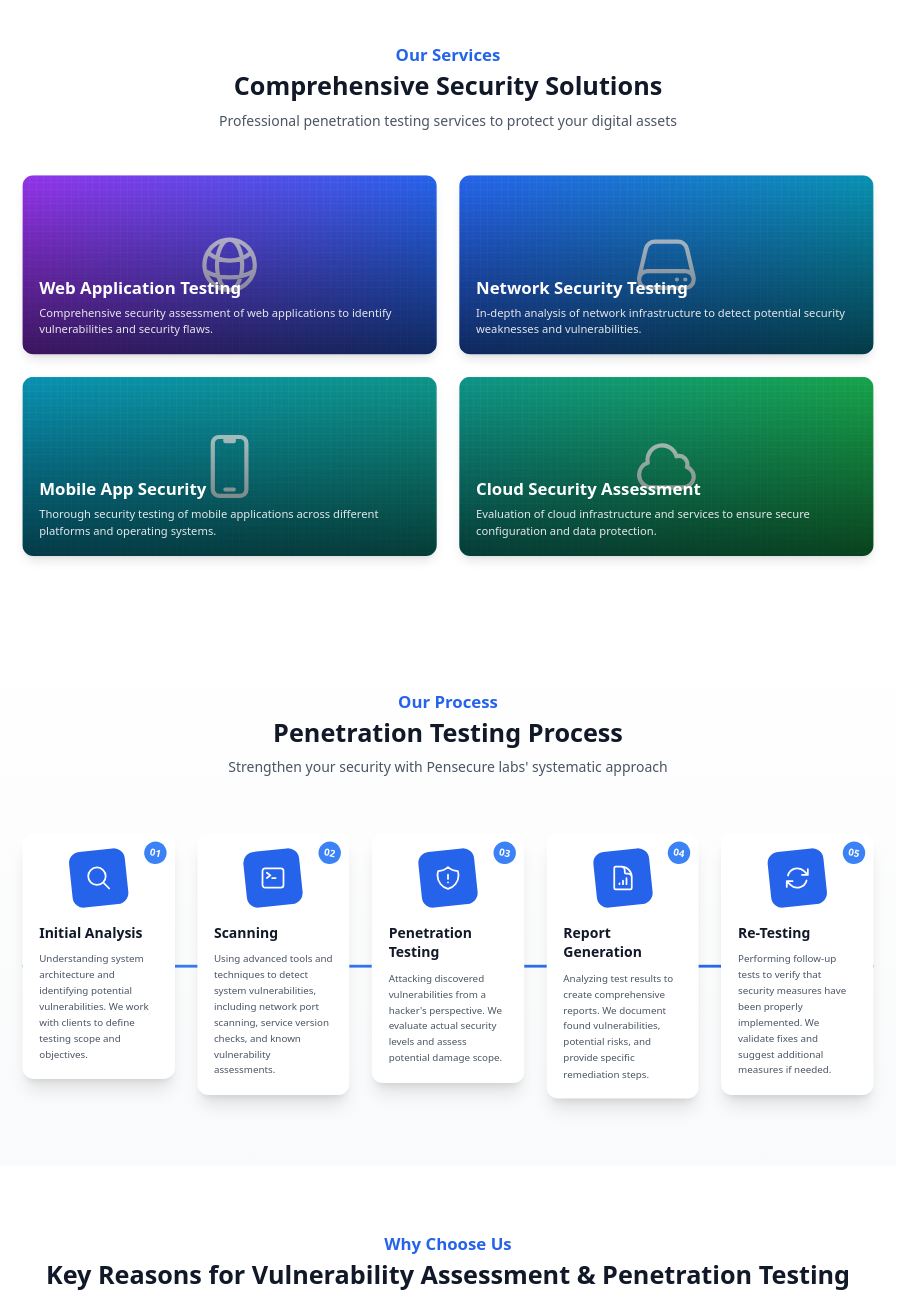
Repository: ZSayless/Penetration-test
Page: /
An editor plug-in stored every save of this project. The page is shown before and after the next save, followed by the edit.
The browser window is 1280 px wide. The page is 1308 px wide, so the pictures cover 1308 px, including what lies to the right of the window. The pictures show the part of the page from y = 776 to 2656 px (the page is 7657 px tall before and 7873 px after), at 70% of full size.
The project was rebuilt for these pictures with package versions that can differ from the ones it lists, and the page was loaded fresh each time. The framework's server and built-in components were replaced by stand-ins that run in the browser. Also part of the build but not shown: next.config.js.

Above is the page before, as saved 2024-12-04 14:42:37.

### src/app/layout.tsx
import type { Metadata } from 'next';
import Navbar from '@/components/Navbar';
import './globals.css';

export const metadata: Metadata = {
  title: 'SecureTest Pro - Professional Penetration Testing Services',
  description: 'Comprehensive security assessment services to protect your business from cyber threats.',
};

export default function RootLayout({
  children,
}: {
  children: React.ReactNode;
}) {
  return (
    <html lang="en">
      <body>
        <Navbar />
        {children}
      </body>
    </html>
  );
}

### src/app/page.tsx
'use client';

import Hero from '@/components/sections/Hero';
import Services from '@/components/sections/Services';
import Process from '@/components/sections/Process';
import About from '@/components/sections/About';
import Features from '@/components/sections/Features';
import Testimonials from '@/components/sections/Testimonials';
import Contact from '@/components/sections/Contact';
import WhyPentest from '@/components/sections/WhyPentest';
import FAQ from '@/components/sections/FAQ';
import Tools from '@/components/sections/Tools';

export default function Home() {
  return (
    <main>
      <Hero />
      <Services />
      <Process />
      <WhyPentest />
      <Tools />
      <About />
      <Features />
      <FAQ />
      <Testimonials />
      <Contact />
    </main>
  );
}

### src/components/sections/Services.tsx
'use client';

import { motion } from 'framer-motion';
import {
  GlobeAltIcon,
  ServerIcon,
  DevicePhoneMobileIcon,
  CloudIcon
} from '@heroicons/react/24/outline';

const services = [
  {
    title: "Web Application Testing",
    description: "Comprehensive security assessment of web applications to identify vulnerabilities and security flaws.",
    icon: GlobeAltIcon,
    gradient: "from-purple-600 to-blue-600"
  },
  {
    title: "Network Security Testing",
    description: "In-depth analysis of network infrastructure to detect potential security weaknesses and vulnerabilities.",
    icon: ServerIcon,
    gradient: "from-blue-600 to-cyan-600"
  },
  {
    title: "Mobile App Security",
    description: "Thorough security testing of mobile applications across different platforms and operating systems.",
    icon: DevicePhoneMobileIcon,
    gradient: "from-cyan-600 to-teal-600"
  },
  {
    title: "Cloud Security Assessment",
    description: "Evaluation of cloud infrastructure and services to ensure secure configuration and data protection.",
    icon: CloudIcon,
    gradient: "from-teal-600 to-green-600"
  }
];

export default function Services() {
  return (
    <section className="py-24 bg-white">
      <div className="max-w-7xl mx-auto px-4 sm:px-6 lg:px-8">
        <motion.div
          initial={{ opacity: 0, y: 20 }}
          whileInView={{ opacity: 1, y: 0 }}
          viewport={{ once: true }}
          className="text-center mb-16"
        >
          <h2 className="text-2xl font-semibold text-blue-600">Our Services</h2>
          <h3 className="mt-2 text-4xl font-bold text-gray-900">Comprehensive Security Solutions</h3>
          <p className="mt-4 text-xl text-gray-600">
            Professional penetration testing services to protect your digital assets
          </p>
        </motion.div>

        <div className="grid grid-cols-1 md:grid-cols-2 gap-8">
          {services.map((service, index) => (
            <motion.div
              key={index}
              initial={{ opacity: 0, y: 20 }}
              whileInView={{ opacity: 1, y: 0 }}
              viewport={{ once: true }}
              transition={{ delay: index * 0.2 }}
              className="group relative overflow-hidden rounded-2xl shadow-lg hover:shadow-xl transition-shadow duration-300"
            >
              <div className={`relative h-64 w-full bg-gradient-to-r ${service.gradient}`}>
                <div className="absolute inset-0 bg-[url('/images/grid.svg')] opacity-20" />
                <div className="absolute inset-0 flex items-center justify-center">
                  <service.icon className="h-24 w-24 text-white/80" />
                </div>
                <div className="absolute inset-0 bg-gradient-to-t from-black/60 to-transparent" />
              </div>
              <div className="absolute bottom-0 p-6 text-white">
                <h4 className="text-2xl font-bold mb-2">{service.title}</h4>
                <p className="text-gray-200">{service.description}</p>
              </div>
            </motion.div>
          ))}
        </div>
      </div>
    </section>
  );
}

### src/components/sections/Features.tsx
export default function Features() {
  return (
    <section id="features" className="py-20 bg-gray-50">
      <div className="max-w-7xl mx-auto px-4 sm:px-6 lg:px-8">
        <div className="text-center">
          <h2 className="text-3xl font-extrabold text-gray-900 sm:text-4xl">
            Why Choose Our Services
          </h2>
          <p className="mt-4 max-w-2xl mx-auto text-xl text-gray-500">
            Industry-leading security testing with comprehensive solutions
          </p>
        </div>

        <div className="mt-20 grid grid-cols-1 gap-8 md:grid-cols-2 lg:grid-cols-3">
          {[
            {
              title: 'Expert Team',
              description: 'Certified security professionals with years of experience',
              icon: '👨‍💻',
            },
            {
              title: 'Comprehensive Reports',
              description: 'Detailed findings with actionable recommendations',
              icon: '📊',
            },
            {
              title: '24/7 Support',
              description: 'Round-the-clock assistance and consultation',
              icon: '🔧',
            },
            {
              title: 'Latest Tools',
              description: 'Using cutting-edge security testing tools',
              icon: '🛠',
            },
            {
              title: 'Custom Solutions',
              description: 'Tailored testing plans for your specific needs',
              icon: '🎯',
            },
            {
              title: 'Fast Turnaround',
              description: 'Quick delivery without compromising quality',
              icon: '⚡',
            },
          ].map((feature, index) => (
            <div
              key={index}
              className="relative bg-white p-6 rounded-lg shadow-lg hover:shadow-xl transition-all duration-300"
            >
              <div>
                <span className="text-4xl">{feature.icon}</span>
                <h3 className="mt-4 text-lg font-medium text-gray-900">
                  {feature.title}
                </h3>
                <p className="mt-2 text-gray-500">{feature.description}</p>
              </div>
            </div>
          ))}
        </div>
      </div>
    </section>
  );
}

### src/components/sections/Testimonials.tsx
export default function Testimonials() {
  return (
    <section id="testimonials" className="py-20 bg-white">
      <div className="max-w-7xl mx-auto px-4 sm:px-6 lg:px-8">
        <div className="text-center">
          <h2 className="text-3xl font-extrabold text-gray-900 sm:text-4xl">
            What Our Clients Say
          </h2>
          <p className="mt-4 max-w-2xl mx-auto text-xl text-gray-500">
            Don't just take our word for it
          </p>
        </div>

        <div className="mt-20 grid grid-cols-1 gap-8 md:grid-cols-2 lg:grid-cols-3">
          {[
            {
              quote: "The team's expertise and professionalism exceeded our expectations. They found critical vulnerabilities that could have been devastating if exploited.",
              author: "John Smith",
              role: "CTO, Tech Corp",
            },
            {
              quote: "Comprehensive testing and clear reporting helped us improve our security posture significantly. Highly recommended!",
              author: "Sarah Johnson",
              role: "Security Director, Finance Plus",
            },
            {
              quote: "Their penetration testing service is thorough and their recommendations are practical and actionable.",
              author: "Mike Williams",
              role: "IT Manager, Global Retail",
            },
          ].map((testimonial, index) => (
            <div
              key={index}
              className="bg-gray-50 p-8 rounded-lg shadow-lg hover:shadow-xl transition-all duration-300"
            >
              <p className="text-gray-600 italic">"{testimonial.quote}"</p>
              <div className="mt-6">
                <p className="text-gray-900 font-semibold">{testimonial.author}</p>
                <p className="text-gray-500">{testimonial.role}</p>
              </div>
            </div>
          ))}
        </div>
      </div>
    </section>
  );
}

### src/components/sections/WhyPentest.tsx
'use client';

import { motion } from 'framer-motion';
import {
  ShieldCheckIcon,
  LockClosedIcon,
  ClipboardDocumentCheckIcon,
  ComputerDesktopIcon,
  ArrowPathRoundedSquareIcon,
  BanknotesIcon
} from '@heroicons/react/24/outline';

const reasons = [
  {
    title: "Early Threat Detection",
    description: "Identify potential vulnerabilities early to prevent malicious attacks. This is crucial for preventing data breaches and system compromises.",
    icon: ShieldCheckIcon
  },
  {
    title: "Data Protection",
    description: "Protect critical business data and customer information to prevent reputation damage and reduce legal risks.",
    icon: LockClosedIcon
  },
  {
    title: "Regulatory Compliance",
    description: "Meet various industry regulations and legal requirements through regular security testing. Prepare for regulatory audits.",
    icon: ClipboardDocumentCheckIcon
  },
  {
    title: "Cyber Attack Simulation",
    description: "Test using real hacker techniques to strengthen your organization's defense strategies.",
    icon: ComputerDesktopIcon
  },
  {
    title: "Business Continuity",
    description: "Maintain system availability and minimize business disruption by addressing vulnerabilities through penetration testing.",
    icon: ArrowPathRoundedSquareIcon
  },
  {
    title: "Cost Reduction",
    description: "Save costs by fixing system vulnerabilities before they lead to major security incidents.",
    icon: BanknotesIcon
  }
];

export default function WhyPentest() {
  return (
    <section className="py-24 bg-white">
      <div className="max-w-7xl mx-auto px-4 sm:px-6 lg:px-8">
        <motion.div
          initial={{ opacity: 0, y: 20 }}
          whileInView={{ opacity: 1, y: 0 }}
          viewport={{ once: true }}
          transition={{ duration: 0.8 }}
          className="text-center mb-16"
        >
          <h2 className="text-2xl font-semibold text-blue-600">Why Choose Us</h2>
          <h3 className="mt-2 text-4xl font-bold text-gray-900">Key Reasons for Vulnerability Assessment & Penetration Testing</h3>
        </motion.div>

        <div className="grid grid-cols-1 md:grid-cols-2 lg:grid-cols-3 gap-8">
          {reasons.map((reason, index) => (
            <motion.div
              key={index}
              initial={{ opacity: 0, y: 20 }}
              whileInView={{ opacity: 1, y: 0 }}
              viewport={{ once: true }}
              transition={{ duration: 0.5, delay: index * 0.1 }}
              className="bg-gray-50 rounded-xl p-6 hover:shadow-xl transition-shadow duration-300"
            >
              <div className="flex items-start space-x-4">
                <div className="flex-shrink-0">
                  <div className="w-12 h-12 bg-blue-100 rounded-lg flex items-center justify-center">
                    <reason.icon className="w-6 h-6 text-blue-600" />
                  </div>
                </div>
                <div>
                  <h4 className="text-lg font-semibold text-gray-900 mb-2">{reason.title}</h4>
                  <p className="text-gray-600">{reason.description}</p>
                </div>
              </div>
            </motion.div>
          ))}
        </div>
      </div>
    </section>
  );
}

### src/components/sections/Tools.tsx
'use client';

import { motion } from 'framer-motion';
import { CommandLineIcon, ShieldCheckIcon, GlobeAltIcon, ServerIcon, WrenchScrewdriverIcon } from '@heroicons/react/24/outline';

const tools = [
  {
    name: "Acunetix",
    description: "Advanced web vulnerability scanning",
    icon: GlobeAltIcon
  },
  {
    name: "Nessus",
    description: "Comprehensive vulnerability assessment",
    icon: ShieldCheckIcon
  },
  {
    name: "Burp Suite",
    description: "Web application security testing",
    icon: CommandLineIcon
  },
  {
    name: "Metasploit",
    description: "Penetration testing framework",
    icon: ServerIcon
  },
  {
    name: "Wireshark",
    description: "Network protocol analyzer",
    icon: WrenchScrewdriverIcon
  }
];

export default function Tools() {
  return (
    <section className="py-24 bg-white">
      <div className="max-w-7xl mx-auto px-4 sm:px-6 lg:px-8">
        <motion.div
          initial={{ opacity: 0, y: 20 }}
          whileInView={{ opacity: 1, y: 0 }}
          viewport={{ once: true }}
          className="text-center mb-16"
        >
          <h2 className="text-2xl font-semibold text-blue-600">Our Arsenal</h2>
          <h3 className="mt-2 text-4xl font-bold text-gray-900">Professional Tools & Technologies</h3>
          <p className="mt-4 text-xl text-gray-600">
            We use industry-leading security tools to ensure comprehensive testing
          </p>
        </motion.div>

        <div className="grid grid-cols-2 md:grid-cols-3 lg:grid-cols-5 gap-8">
          {tools.map((tool, index) => (
            <motion.div
              key={index}
              initial={{ opacity: 0, y: 20 }}
              whileInView={{ opacity: 1, y: 0 }}
              viewport={{ once: true }}
              transition={{ delay: index * 0.1 }}
              className="flex flex-col items-center p-6 bg-gray-50 rounded-xl hover:shadow-lg transition-shadow duration-300"
            >
              <div className="w-20 h-20 mb-4 bg-blue-100 rounded-xl flex items-center justify-center">
                <tool.icon className="w-12 h-12 text-blue-600" />
              </div>
              <h4 className="text-lg font-semibold text-gray-900">{tool.name}</h4>
              <p className="text-sm text-gray-600 text-center mt-2">{tool.description}</p>
            </motion.div>
          ))}
        </div>
      </div>
    </section>
  );
}

Loaded but not shown: src/app/globals.css (common file); tailwind.config.js (18 lines, source omitted); src/components/sections/Contact.tsx (302 lines, source omitted); src/components/sections/Hero.tsx (266 lines, source omitted); src/components/sections/About.tsx (136 lines, source omitted); src/components/sections/Process.tsx (105 lines, source omitted); src/components/sections/FAQ.tsx (86 lines, source omitted); src/components/Navbar.tsx (77 lines, source omitted)

After the next save:
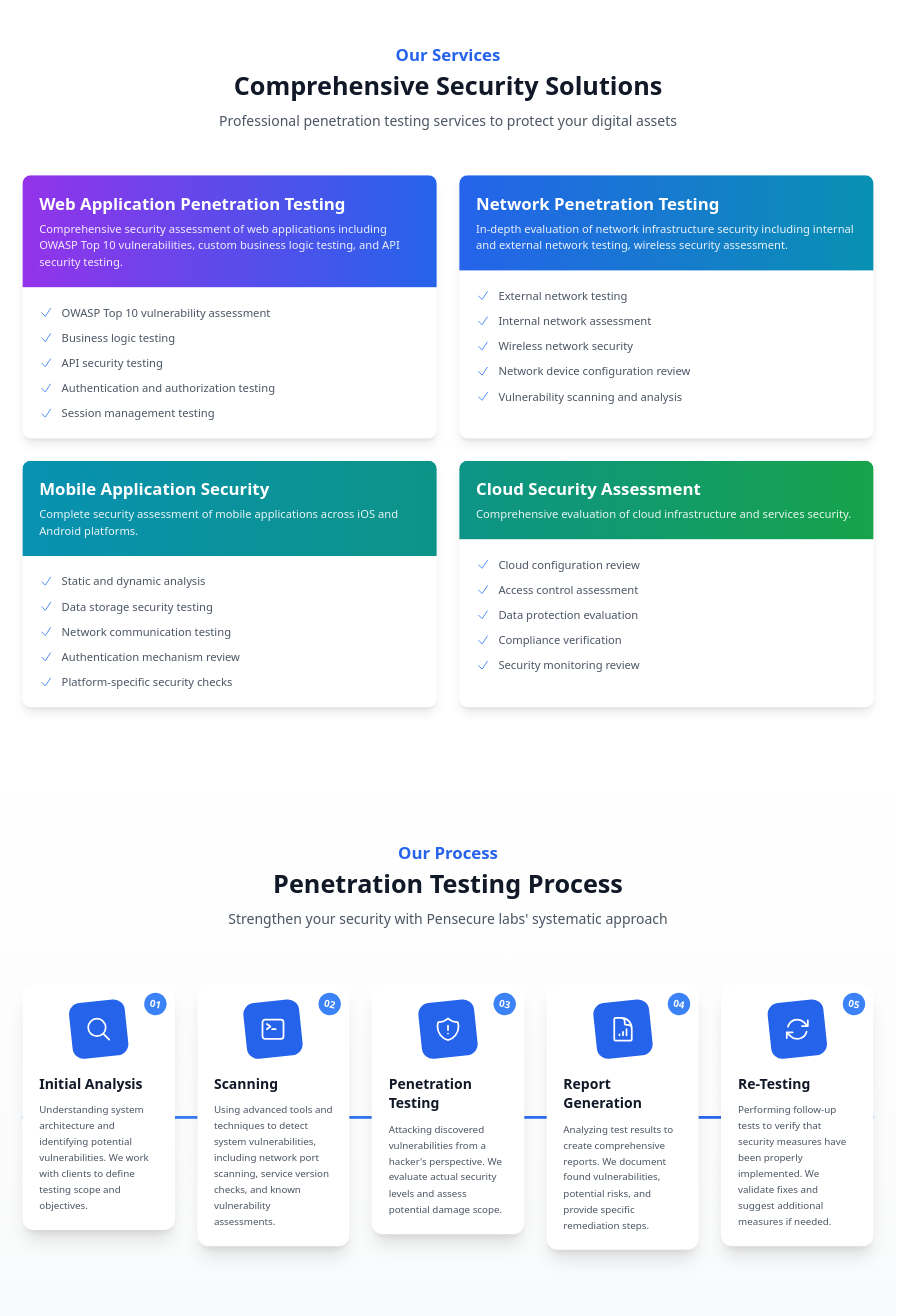
Saved 9 s later.
--- a/src/components/sections/Services.tsx
+++ b/src/components/sections/Services.tsx
@@ -1,36 +1,55 @@
 'use client';
 
 import { motion } from 'framer-motion';
-import {
-  GlobeAltIcon,
-  ServerIcon,
-  DevicePhoneMobileIcon,
-  CloudIcon
-} from '@heroicons/react/24/outline';
+import { CheckIcon } from '@heroicons/react/24/outline';
 
 const services = [
   {
-    title: "Web Application Testing",
-    description: "Comprehensive security assessment of web applications to identify vulnerabilities and security flaws.",
-    icon: GlobeAltIcon,
+    title: "Web Application Penetration Testing",
+    description: "Comprehensive security assessment of web applications including OWASP Top 10 vulnerabilities, custom business logic testing, and API security testing.",
+    features: [
+      "OWASP Top 10 vulnerability assessment",
+      "Business logic testing",
+      "API security testing",
+      "Authentication and authorization testing",
+      "Session management testing"
+    ],
     gradient: "from-purple-600 to-blue-600"
   },
   {
-    title: "Network Security Testing",
-    description: "In-depth analysis of network infrastructure to detect potential security weaknesses and vulnerabilities.",
-    icon: ServerIcon,
+    title: "Network Penetration Testing",
+    description: "In-depth evaluation of network infrastructure security including internal and external network testing, wireless security assessment.",
+    features: [
+      "External network testing",
+      "Internal network assessment",
+      "Wireless network security",
+      "Network device configuration review",
+      "Vulnerability scanning and analysis"
+    ],
     gradient: "from-blue-600 to-cyan-600"
   },
   {
-    title: "Mobile App Security",
-    description: "Thorough security testing of mobile applications across different platforms and operating systems.",
-    icon: DevicePhoneMobileIcon,
+    title: "Mobile Application Security",
+    description: "Complete security assessment of mobile applications across iOS and Android platforms.",
+    features: [
+      "Static and dynamic analysis",
+      "Data storage security testing",
+      "Network communication testing",
+      "Authentication mechanism review",
+      "Platform-specific security checks"
+    ],
     gradient: "from-cyan-600 to-teal-600"
   },
   {
     title: "Cloud Security Assessment",
-    description: "Evaluation of cloud infrastructure and services to ensure secure configuration and data protection.",
-    icon: CloudIcon,
+    description: "Comprehensive evaluation of cloud infrastructure and services security.",
+    features: [
+      "Cloud configuration review",
+      "Access control assessment",
+      "Data protection evaluation",
+      "Compliance verification",
+      "Security monitoring review"
+    ],
     gradient: "from-teal-600 to-green-600"
   }
 ];
@@ -52,7 +71,7 @@ export default function Services() {
           </p>
         </motion.div>
 
-        <div className="grid grid-cols-1 md:grid-cols-2 gap-8">
+        <div className="grid grid-cols-1 lg:grid-cols-2 gap-8">
           {services.map((service, index) => (
             <motion.div
               key={index}
@@ -60,18 +79,28 @@ export default function Services() {
               whileInView={{ opacity: 1, y: 0 }}
               viewport={{ once: true }}
               transition={{ delay: index * 0.2 }}
-              className="group relative overflow-hidden rounded-2xl shadow-lg hover:shadow-xl transition-shadow duration-300"
+              className="bg-white rounded-xl shadow-lg overflow-hidden"
             >
-              <div className={`relative h-64 w-full bg-gradient-to-r ${service.gradient}`}>
-                <div className="absolute inset-0 bg-[url('/images/grid.svg')] opacity-20" />
-                <div className="absolute inset-0 flex items-center justify-center">
-                  <service.icon className="h-24 w-24 text-white/80" />
-                </div>
-                <div className="absolute inset-0 bg-gradient-to-t from-black/60 to-transparent" />
+              <div className={`p-6 bg-gradient-to-r ${service.gradient}`}>
+                <h4 className="text-2xl font-bold text-white mb-2">{service.title}</h4>
+                <p className="text-white/90">{service.description}</p>
               </div>
-              <div className="absolute bottom-0 p-6 text-white">
-                <h4 className="text-2xl font-bold mb-2">{service.title}</h4>
-                <p className="text-gray-200">{service.description}</p>
+              <div className="p-6">
+                <ul className="space-y-3">
+                  {service.features.map((feature, featureIndex) => (
+                    <motion.li
+                      key={featureIndex}
+                      initial={{ opacity: 0, x: -20 }}
+                      whileInView={{ opacity: 1, x: 0 }}
+                      viewport={{ once: true }}
+                      transition={{ delay: (index * 0.2) + (featureIndex * 0.1) }}
+                      className="flex items-center space-x-3 text-gray-600"
+                    >
+                      <CheckIcon className="h-5 w-5 text-blue-500 flex-shrink-0" />
+                      <span>{feature}</span>
+                    </motion.li>
+                  ))}
+                </ul>
               </div>
             </motion.div>
           ))}
